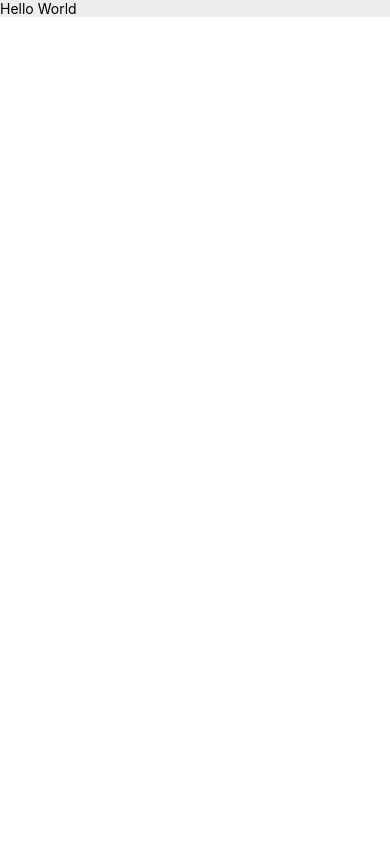
Repository: dodibahari019/TestFrontend
Screen: /
These files come from the project's save history. The screen is drawn as it stood at one moment and after the next save; the edit follows.
The app was drawn by React Native's web renderer in a window 390 px wide. The project was rebuilt for these pictures with package versions that can differ from the ones it lists, and the page was loaded fresh each time. Some packages were replaced by stand-ins written for this rebuild.

Above is the screen before, as saved 2024-12-30 14:58:07.

After the next save:
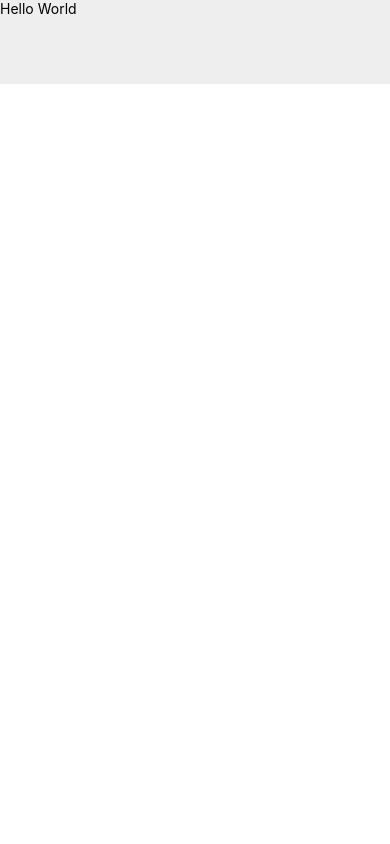
Saved 4 s later.
--- a/App.js
+++ b/App.js
@@ -6,7 +6,7 @@ export default function App() {
     <View style={styles.container}>
       <StatusBar style="auto" />
       {/* <Text>Open up App.js to start working on your app!</Text> */}
-      <View style={{ width:'100%', height:'100', position:'absolute', top:0, backgroundColor:'#eeeeee' }}>
+      <View style={{ width:'100%', height:'10%', position:'absolute', top:0, backgroundColor:'#eeeeee' }}>
         <Text>Hello World</Text>
       </View>
     </View>
